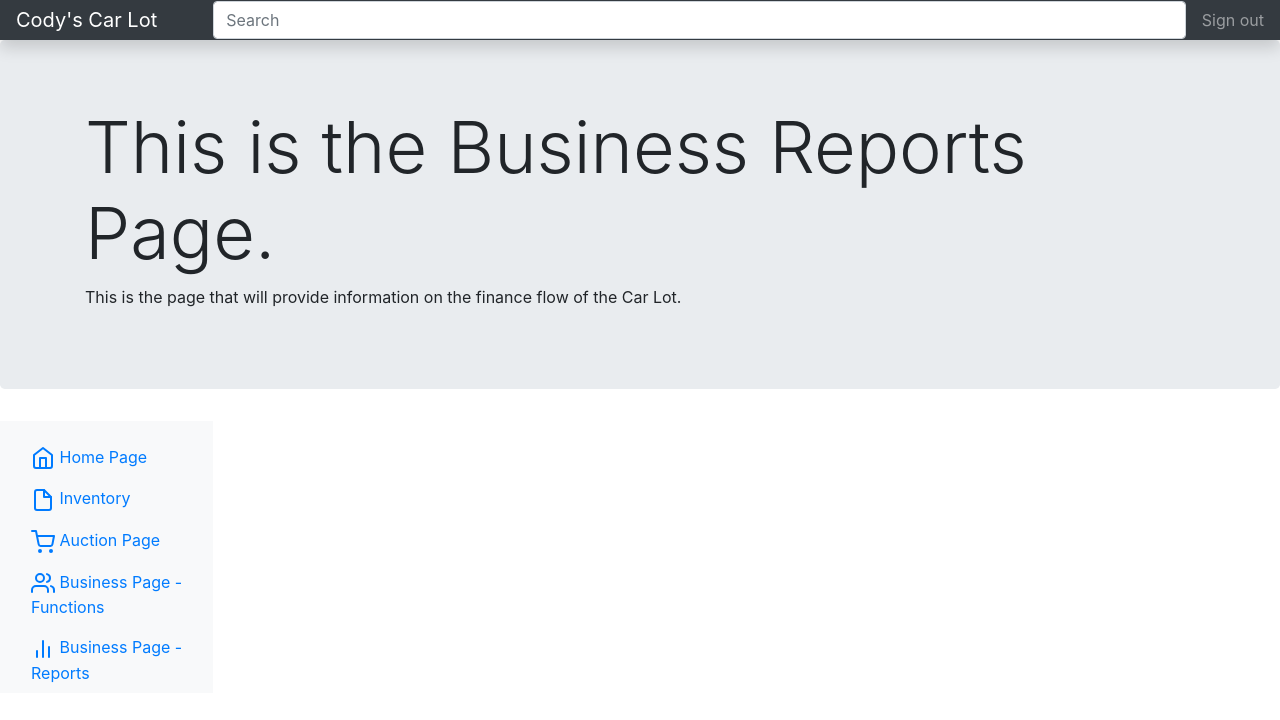
Repository: CodyHogge/CarDealershipProject
Page: http://localhost/CarDealershipProject/booted_reports.jsp
These files come from the project's save history. The page is drawn as it stood at one moment and after the next save; the edit follows.
The browser window is 1280 px wide. The pictures show the whole page.
The page is served by Tomcat 9. Other server files are loaded and not shown.

Above is the page before, as saved 2020-09-16 15:57:19.

### CarDealershipProject/WebContent/booted_reports.jsp
<%@ taglib prefix="c" uri="http://java.sun.com/jsp/jstl/core" %>
<%@ page language="java" contentType="text/html; charset=ISO-8859-1"
    pageEncoding="ISO-8859-1"%>
<!DOCTYPE html>
<html>
<head>
<meta charset="ISO-8859-1">
<title>Cody's Car Lot</title>
<link rel="stylesheet" href="https://stackpath.bootstrapcdn.com/bootstrap/4.5.2/css/bootstrap.min.css" integrity="sha384-JcKb8q3iqJ61gNV9KGb8thSsNjpSL0n8PARn9HuZOnIxN0hoP+VmmDGMN5t9UJ0Z" crossorigin="anonymous">
<link rel="stylesheet" href="./styles/styles.css">
</head>
<body>
<nav class="navbar navbar-dark sticky-top bg-dark flex-md-nowrap p-0 shadow">
  <a class="navbar-brand col-md-3 col-lg-2 mr-0 px-3" href="#">Cody's Car Lot</a>
  <button class="navbar-toggler position-absolute d-md-none collapsed" type="button" data-toggle="collapse" data-target="#sidebarMenu" aria-controls="sidebarMenu" aria-expanded="false" aria-label="Toggle navigation">
    <span class="navbar-toggler-icon"></span>
  </button>
  <input class="form-control form-control-dark w-100" type="text" placeholder="Search" aria-label="Search">
  <ul class="navbar-nav px-3">
    <li class="nav-item text-nowrap">
      <a class="nav-link" href="#">Sign out</a>
    </li>
  </ul>
</nav>

	<div class="jumbotron">
    	<div class="container">
      		<h1 class="display-3">This is the Business Reports Page.</h1>
      			<p>This is the page that will provide information on the finance flow of the Car Lot.</p>
    	</div>
 	 </div>



<div class="container-fluid">
  <div class="row">
    <nav id="sidebarMenu" class="col-md-3 col-lg-2 d-md-block bg-light sidebar collapse show" style="">
      <div class="sidebar-sticky pt-3">
        <ul class="nav flex-column">
          <li class="nav-item">
            <a class="nav-link active" href="booted_home.jsp">
              <svg xmlns="http://www.w3.org/2000/svg" width="24" height="24" viewBox="0 0 24 24" fill="none" stroke="currentColor" stroke-width="2" stroke-linecap="round" stroke-linejoin="round" class="feather feather-home"><path d="M3 9l9-7 9 7v11a2 2 0 0 1-2 2H5a2 2 0 0 1-2-2z"></path><polyline points="9 22 9 12 15 12 15 22"></polyline></svg>
              Home Page
            </a>
          </li>
          <li class="nav-item">
            <a class="nav-link" href="booted_inventory.jsp">
              <svg xmlns="http://www.w3.org/2000/svg" width="24" height="24" viewBox="0 0 24 24" fill="none" stroke="currentColor" stroke-width="2" stroke-linecap="round" stroke-linejoin="round" class="feather feather-file"><path d="M13 2H6a2 2 0 0 0-2 2v16a2 2 0 0 0 2 2h12a2 2 0 0 0 2-2V9z"></path><polyline points="13 2 13 9 20 9"></polyline></svg>
              Inventory
            </a>
          </li>
          <li class="nav-item">
            <a class="nav-link" href="booted_auction.jsp">
              <svg xmlns="http://www.w3.org/2000/svg" width="24" height="24" viewBox="0 0 24 24" fill="none" stroke="currentColor" stroke-width="2" stroke-linecap="round" stroke-linejoin="round" class="feather feather-shopping-cart"><circle cx="9" cy="21" r="1"></circle><circle cx="20" cy="21" r="1"></circle><path d="M1 1h4l2.68 13.39a2 2 0 0 0 2 1.61h9.72a2 2 0 0 0 2-1.61L23 6H6"></path></svg>
              Auction Page
            </a>
          </li>
          <li class="nav-item">
            <a class="nav-link" href="booted_functions.jsp">
              <svg xmlns="http://www.w3.org/2000/svg" width="24" height="24" viewBox="0 0 24 24" fill="none" stroke="currentColor" stroke-width="2" stroke-linecap="round" stroke-linejoin="round" class="feather feather-users"><path d="M17 21v-2a4 4 0 0 0-4-4H5a4 4 0 0 0-4 4v2"></path><circle cx="9" cy="7" r="4"></circle><path d="M23 21v-2a4 4 0 0 0-3-3.87"></path><path d="M16 3.13a4 4 0 0 1 0 7.75"></path></svg>
              Business Page - Functions
            </a>
          </li>
          <li class="nav-item">
            <a class="nav-link" href="booted_reports.jsp">
              <svg xmlns="http://www.w3.org/2000/svg" width="24" height="24" viewBox="0 0 24 24" fill="none" stroke="currentColor" stroke-width="2" stroke-linecap="round" stroke-linejoin="round" class="feather feather-bar-chart-2"><line x1="18" y1="20" x2="18" y2="10"></line><line x1="12" y1="20" x2="12" y2="4"></line><line x1="6" y1="20" x2="6" y2="14"></line></svg>
              Business Page - Reports <span class="sr-only">(current)</span>
            </a>
          </li>
        </ul>
      </div>
    </nav>
  </div>
</div>
</body>
</html>

### CarDealershipProject/WebContent/styles/styles.css
.top-banner{
	font-variant: small-caps;
	font-size: 16pt;
	border-style: dotted;
	border-right-width: 1px;
	border-left-width: 1px;
	border-top-width: 1px;
	border-bottom-width: 1px;
	border-color: black;
	background-color: #d5d5d5;
	color: orange;
}

.avail-cars{
	margin: 15px;
	background-color: #d5d5d5;
	border-style: solid;
	border-right-width: 1px;
	border-left-width: 1px;
	border-top-width: 1px;
	border-bottom-width: 1px;
	border-color: black;
}

.avail-cars.td{
	background-color: gray;
	border-style: solid;
	border-right-width: 2px;
	border-left-width: 2px;
	border-top-width: 2px;
	border-bottom-width: 2px;
	border-color: black;
}

.sold-cars{
	margin: 15px;
	background-color: #d5d5d5;
	border-style: solid;
	border-right-width: 1px;
	border-left-width: 1px;
	border-top-width: 1px;
	border-bottom-width: 1px;
	border-color: black;
}

.h4{
	margin: 10px;
	font-variant: small-caps;
}

After the next save:
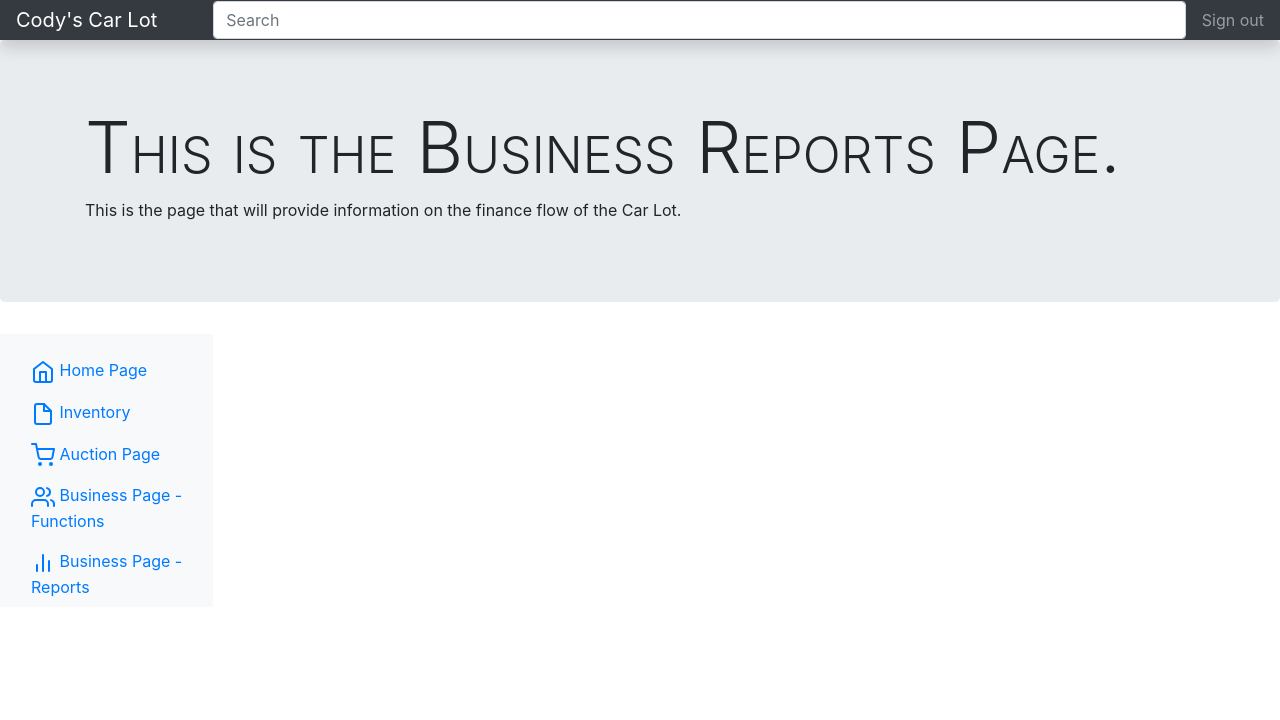
Saved 39 s later.
--- a/CarDealershipProject/WebContent/styles/styles.css
+++ b/CarDealershipProject/WebContent/styles/styles.css
@@ -47,3 +47,7 @@
 	margin: 10px;
 	font-variant: small-caps;
 }
+
+.display-3{
+	font-variant: small-caps !important;
+}
